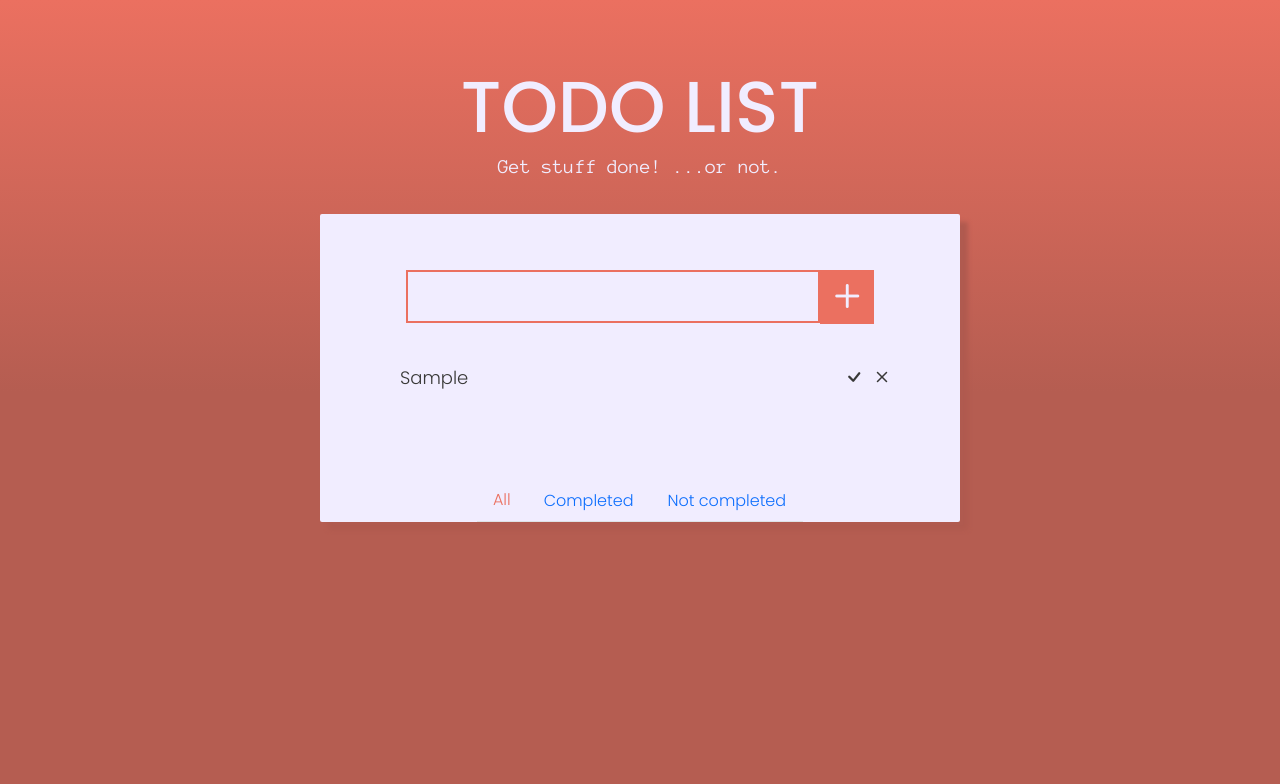
Repository: zum281/todo-list
Page: index.html
An editor plug-in stored every save of this project. The page is shown before and after the next save, followed by the edit.
The browser window is 1280 px wide. The pictures show the whole page.
Empty fields were first filled with sample values (such as "Sample", 5 or name@example.com).
After loading, the first visible `#add-todo-btn` was clicked once.
Some web libraries are served in a nearby version. The style sheet was rebuilt from its Sass, Less or Tailwind sources for each picture, by a compiler version that may differ from the author's.

Above is the page before, as saved 2021-03-07 14:51:30.

After the next save:
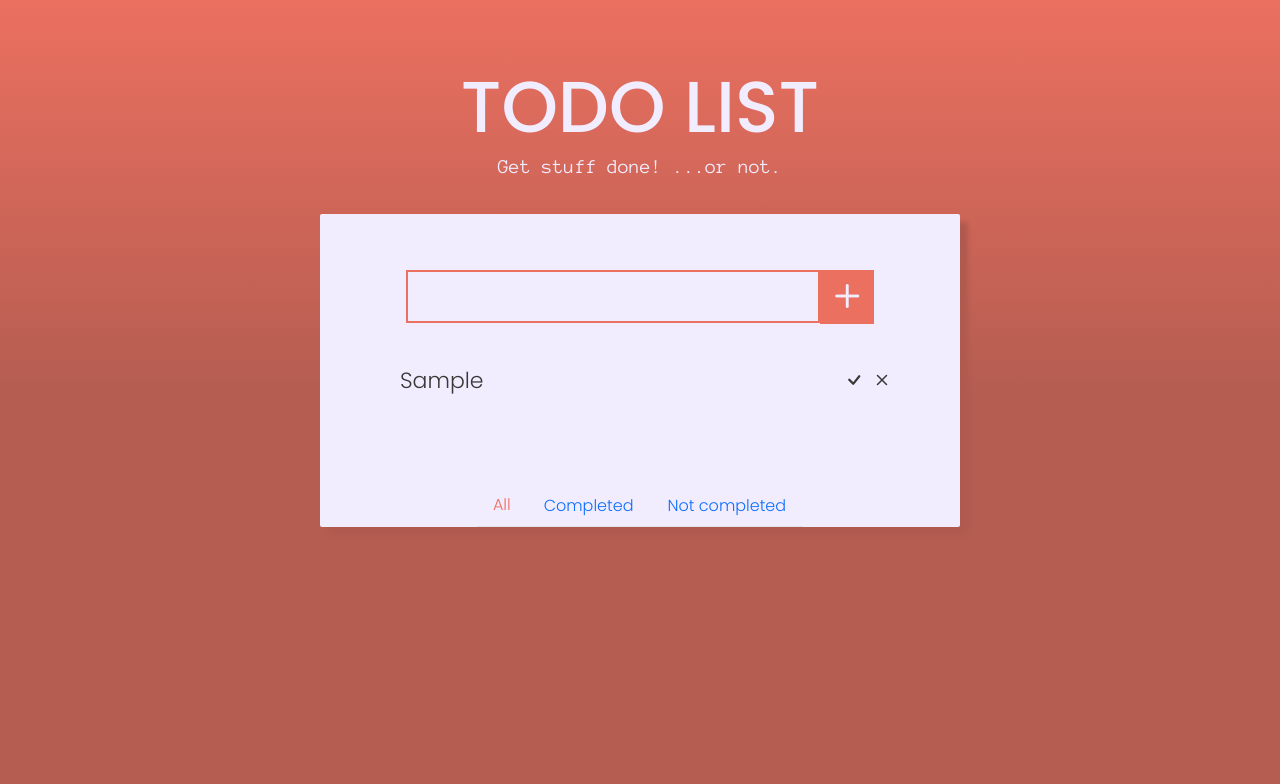
Saved 86 s later.
--- a/sass/main.scss
+++ b/sass/main.scss
@@ -94,7 +94,7 @@ p {
                 display: flex;
                 align-items: center;
                 justify-content: space-between;
-                font-size: 18px;
+                font-size: 22px;
                 .icons {
                     display: flex;
                     .icon {
